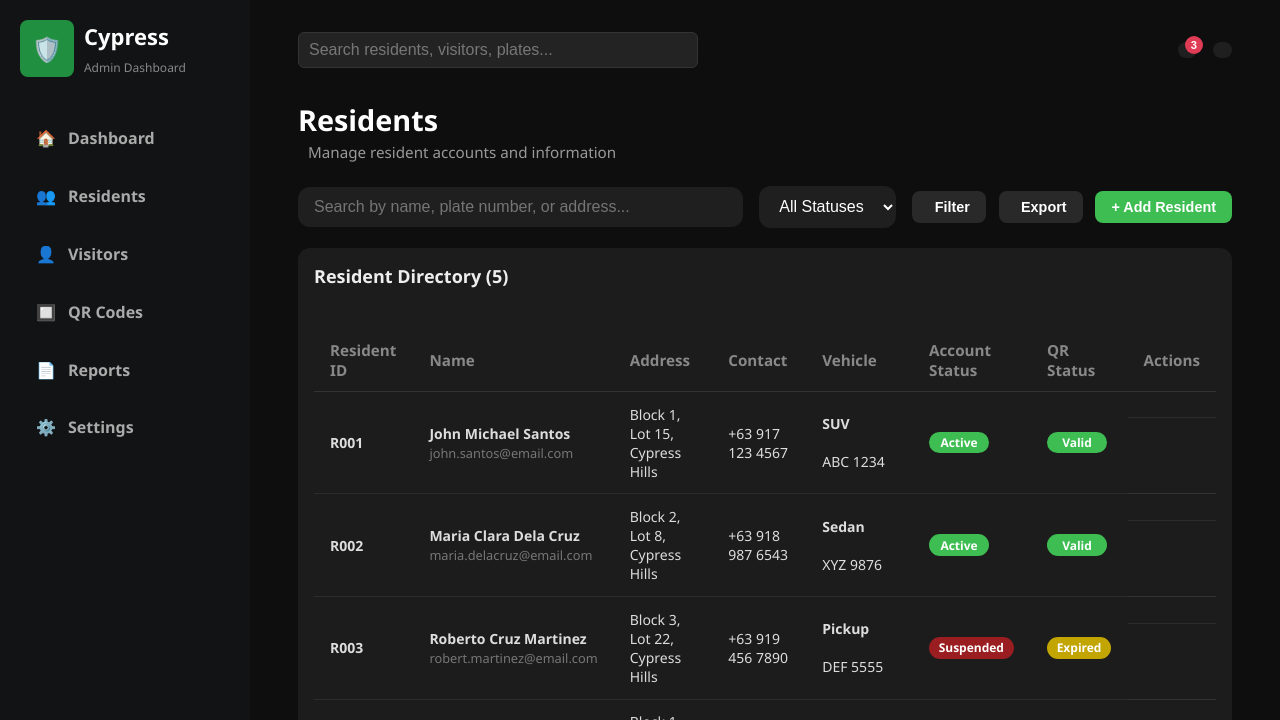
Repository: camuramon/my-project
Page: templates/admin/residents.html
These files come from the project's save history. The page is drawn as it stood at one moment and after the next save; the edit follows.
The browser window is 1280 px wide. The pictures show the whole page.
An inner scrolling area shows only its first screen. The template is drawn by Flask 3. The application's start-up code is not run. Other server files are loaded and not shown. The template is opened directly, without the code that normally fills it, so the values that code supplies are empty.

Above is the page before, as saved 2025-08-31 05:27:19.

### templates/admin/residents.html
<!DOCTYPE html>
<html lang="en">
<head>
    <meta charset="UTF-8" />
    <meta name="viewport" content="width=device-width, initial-scale=1" />
    <title>Residents Dashboard</title>
   <link rel="stylesheet" href="{{ url_for('static', filename='css/admin.css') }}">
<link rel="stylesheet" href="{{ url_for('static', filename='css/resident.css') }}">
</head>
<body>
    <div class="container">
        <aside class="sidebar">
    <div class="logo">
        <div class="icon">🛡️</div>
        <div class="title">
            <h2>Cypress</h2>
            <span>Admin Dashboard</span>
        </div>
    </div>
    <nav>
        <ul class="sidebar-menu">
            <li class="{% if request.path == url_for('admin_dashboard') %}active{% endif %}">
                <a href="{{ url_for('admin_dashboard') }}"><span class="icon">🏠</span> Dashboard</a>
            </li>
            <li class="{% if request.path == url_for('admin_residents') %}active{% endif %}">
                <a href="{{ url_for('admin_residents') }}"><span class="icon">👥</span> Residents</a>
            </li>
            <li class="{% if request.path == url_for('admin_visitors') %}active{% endif %}">
                <a href="{{ url_for('admin_visitors') }}"><span class="icon">👤</span> Visitors</a>
            </li>
            <li>
                <a href="#"><span class="icon">🔲</span> QR Codes</a>
            </li>
            <li class="{% if request.path == url_for('admin_reports') %}active{% endif %}">
                <a href="{{ url_for('admin_reports') }}"><span class="icon">📄</span> Reports</a>
            </li>
            <li class="{% if request.path == url_for('admin_settings') %}active{% endif %}">
                <a href="{{ url_for('admin_settings') }}"><span class="icon">⚙️</span> Settings</a>
            </li>
        </ul>
    </nav>
</aside>

        <main class="main-content">
            <header class="header">
                <input type="search" placeholder="Search residents, visitors, plates..." class="search-bar" />
                <div class="header-icons">
                    <button class="notification-btn">
                        <i class="fas fa-bell"></i>
                        <span class="notification-count">3</span>
                    </button>
                    <button class="user-btn">
                        <i class="fas fa-user-circle"></i>
                    </button>
                </div>
            </header>

            <section class="resident-section">
                <h2>Residents</h2>
                <p class="subtitle">Manage resident accounts and information</p>

                <div class="sub-header">
                    <input type="search" placeholder="Search by name, plate number, or address..." />
                    <select>
                        <option>All Statuses</option>
                    </select>
                    <div class="buttons">
                        <button class="filter-btn">
                            <i class="fas fa-filter"></i> Filter
                        </button>
                        <button class="export-btn">
                            <i class="fas fa-file-export"></i> Export
                        </button>
                        <button class="add-resident-btn">+ Add Resident</button>
                    </div>
                </div>

                <div class="resident-directory">
                    <h3>Resident Directory (5)</h3>
                    <table>
                        <thead>
                            <tr>
                                <th>Resident ID</th>
                                <th>Name</th>
                                <th>Address</th>
                                <th>Contact</th>
                                <th>Vehicle</th>
                                <th>Account Status</th>
                                <th>QR Status</th>
                                <th>Actions</th>
                            </tr>
                        </thead>
                        <tbody>
                            <tr>
                                <td><strong>R001</strong></td>
                                <td>
                                    <strong>John Michael Santos</strong><br/>
                                    <a href="mailto:john.santos@email.com">john.santos@email.com</a>
                                </td>
                                <td>Block 1, Lot 15, Cypress Hills</td>
                                <td>+63 917 123 4567</td>
                                <td>
                                    <strong>SUV</strong><br/>
                                    ABC 1234
                                </td>
                                <td><span class="status active">Active</span></td>
                                <td><span class="qr-status valid">Valid</span></td>
                                <td class="actions">
                                    <button title="View"><i class="fas fa-eye"></i></button>
                                    <button title="Edit"><i class="fas fa-edit"></i></button>
                                    <button title="Delete"><i class="fas fa-trash"></i></button>
                                </td>
                            </tr>
                            <tr>
                                <td><strong>R002</strong></td>
                                <td>
                                    <strong>Maria Clara Dela Cruz</strong><br/>
                                    <a href="mailto:maria.delacruz@email.com">maria.delacruz@email.com</a>
                                </td>
                                <td>Block 2, Lot 8, Cypress Hills</td>
                                <td>+63 918 987 6543</td>
                                <td>
                                    <strong>Sedan</strong><br/>
                                    XYZ 9876
                                </td>
                                <td><span class="status active">Active</span></td>
                                <td><span class="qr-status valid">Valid</span></td>
                                <td class="actions">
                                    <button title="View"><i class="fas fa-eye"></i></button>
                                    <button title="Edit"><i class="fas fa-edit"></i></button>
                                    <button title="Delete"><i class="fas fa-trash"></i></button>
                                </td>
                            </tr>
                            <tr>
                                <td><strong>R003</strong></td>
                                <td>
                                    <strong>Roberto Cruz Martinez</strong><br/>
                                    <a href="mailto:robert.martinez@email.com">robert.martinez@email.com</a>
                                </td>
                                <td>Block 3, Lot 22, Cypress Hills</td>
                                <td>+63 919 456 7890</td>
                                <td>
                                    <strong>Pickup</strong><br/>
                                    DEF 5555
                                </td>
                                <td><span class="status suspended">Suspended</span></td>
                                <td><span class="qr-status expired">Expired</span></td>
                                <td class="actions">
                                    <button title="View"><i class="fas fa-eye"></i></button>
                                    <button title="Edit"><i class="fas fa-edit"></i></button>
                                    <button title="Delete"><i class="fas fa-trash"></i></button>
                                </td>
                            </tr>
                            <tr>
                                <td><strong>R004</strong></td>
                                <td>
                                    <strong>Ana Beatriz Reyes</strong><br/>
                                    <a href="mailto:ana.reyes@email.com">ana.reyes@email.com</a>
                                </td>
                                <td>Block 1, Lot 7, Cypress Hills</td>
                                <td>+63 920 789 0123</td>
                                <td>
                                    <strong>Hatchback</strong><br/>
                                    GHI 7777
                                </td>
                                <td><span class="status active">Active</span></td>
                                <td><span class="qr-status valid">Valid</span></td>
                                <td class="actions">
                                    <button title="View"><i class="fas fa-eye"></i></button>
                                    <button title="Edit"><i class="fas fa-edit"></i></button>
                                    <button title="Delete"><i class="fas fa-trash"></i></button>
                                </td>
                            </tr>
                            <tr>
                                <td><strong>R005</strong></td>
                                <td>
                                    <strong>Carlos Eduardo Silva</strong><br/>
                                    <a href="mailto:carlos.silva@email.com">carlos.silva@email.com</a>
                                </td>
                                <td>Block 4, Lot 11, Cypress Hills</td>
                                <td>+63 921 345 6789</td>
                                <td>
                                    <strong>SUV</strong><br/>
                                    JKL 2468
                                </td>
                                <td><span class="status inactive">Inactive</span></td>
                                <td><span class="qr-status expired">Expired</span></td>
                                <td class="actions">
                                    <button title="View"><i class="fas fa-eye"></i></button>
                                    <button title="Edit"><i class="fas fa-edit"></i></button>
                                    <button title="Delete"><i class="fas fa-trash"></i></button>
                                </td>
                            </tr>
                        </tbody>
                    </table>
                </div>
            </section>
        </main>
    </div>
</body>
</html>

### static/css/admin.css
/* ===========================
   GENERAL RESET & BASE STYLES
=========================== */


* {
    box-sizing: border-box;
    margin: 0;
    padding: 0;
}

body {
    font-family: 'Segoe UI', Tahoma, Geneva, Verdana, sans-serif;
    background-color: #0e0e0f;
    color: #ddd;
    display: flex;
    min-height: 100vh;
}
html, body {
    height: 100%;
    width: 100%;
    margin: 0;
    padding: 0;
    overflow-x: hidden;
}

.container {
    display: flex;
    width: 100%;
    height: 100vh;
}


/* ===========================
   SIDEBAR
=========================== */
.sidebar {
    width: 250px;
    height: 100vh;
    background-color: #121314;
    padding: 20px;
    flex-shrink: 0;
}


.logo {
    display: flex;
    align-items: center;
    margin-bottom: 40px;
}

.logo .icon {
    background-color: #208f3f;
    padding: 12px;
    border-radius: 8px;
    font-size: 24px;
    color: white;
    margin-right: 10px;
}

.logo .title h2 {
    font-weight: 700;
    color: white;
    margin-bottom: 4px;
}

.logo .title span {
    font-size: 12px;
    color: #888;
}

.sidebar-menu {
    list-style: none;
    padding: 0;
}

.sidebar-menu li {
    margin: 15px 0;
}

.sidebar-menu li a {
    text-decoration: none;
    color: #bbb;
    font-weight: 600;
    display: flex;
    align-items: center;
    gap: 10px;
    font-size: 16px;
}

.sidebar-menu li a i {
    font-size: 18px;
}

.sidebar-menu li a {
    text-decoration: none;
    color: #bbb;
    font-weight: 600;
    display: flex;
    align-items: center;
    gap: 10px;
    font-size: 16px;
    padding: 10px 15px;
    border-radius: 8px;
    transition: background-color 0.3s ease, color 0.3s ease;
}

.sidebar-menu li.active a {
    background-color: #2a2a2e; /* darker bg for active item */
    color: white;
}

.sidebar-menu li.active a .icon {
    color: white;
}

.sidebar-menu li a:hover {
    background-color: #1d1d1f;
    color: white;
}


/* ===========================
   MAIN CONTENT
=========================== */
.main-content {
    flex-grow: 1;
    overflow-y: auto;
    padding: 25px;
    background-color: #0e0e0f;
}
/* ===========================
   HEADER / TOP BAR
=========================== */
.top-bar, .header {
    display: flex;
    justify-content: space-between;
    align-items: center;
    margin-bottom: 20px;
}

.search-bar input[type="search"] {
    width: 350px;
    padding: 10px 15px;
    border: none;
    border-radius: 10px;
    background-color: #232324;
    color: #ccc;
    font-size: 16px;
}

.top-icons, .header-icons {
    display: flex;
    gap: 15px;
}

.icon-btn, .notification-btn, .user-btn {
    background: none;
    border: none;
    color: #ccc;
    font-size: 20px;
    position: relative;
    cursor: pointer;
}

.notification-count {
    position: absolute;
    top: -8px;
    right: -8px;
    background-color: #e02e41;
    font-size: 10px;
    padding: 2px 6px;
    border-radius: 50%;
    color: white;
}

/* ===========================
   DASHBOARD HEADER & ACTIONS
=========================== */
.dashboard-header, .resident-section .sub-header {
    display: flex;
    justify-content: space-between;
    align-items: center;
    margin: 20px 0;
    flex-wrap: wrap;
}

.dashboard-header h1, .resident-section h2 {
    color: white;
}

.dashboard-header p, .resident-section .subtitle {
    color: #999;
    margin-left: 10px;
}

.actions, .buttons {
    display: flex;
    gap: 10px;
}

.filter-btn,
.export-btn,
.add-resident-btn {
    background-color: #222;
    border: none;
    color: white;
    padding: 10px 20px;
    border-radius: 8px;
    cursor: pointer;
    font-weight: 600;
}

.add-resident-btn {
    background-color: #208f3f;
}

.filter-btn:hover,
.export-btn:hover,
.add-resident-btn:hover {
    background-color: #333;
}

/* ===========================
   DASHBOARD CARDS
=========================== */
.stats-cards {
    display: flex;
    gap: 20px;
    flex-wrap: wrap;
    margin-bottom: 40px;
}

.card {
    background-color: #151517;
    border-radius: 12px;
    flex: 1 1 300px;
    padding: 20px;
    position: relative;
    color: #999;
}

.card p { margin-bottom: 8px; }

.card h2 { color: white; font-weight: 800; font-size: 28px; }

.card-icon {
    position: absolute;
    top: 20px;
    right: 20px;
    font-size: 24px;
    padding: 8px;
    border-radius: 100%;
    background-color: #333;
    color: white;
}

.card-icon.green { background-color: #208f3f; }
.card-icon.blue { background-color: #26418f; }
.card-icon.yellow { background-color: #a58f20; }
.card-icon.green-dark { background-color: #14502d; }
.card-icon.gray { background-color: #474751; }

.percentage {
    position: absolute;
    bottom: 20px;
    right: 20px;
    font-weight: 600;
    font-size: 14px;
}

.percentage.positive { color: #26ca4a; }
.percentage.neutral { color: #999; }

/* ===========================
   TABLES
=========================== */
.tables-section, .resident-directory {
    display: flex;
    gap: 20px;
    flex-wrap: wrap;
}

.table-container {
    background-color: #151517;
    padding: 20px;
    border-radius: 12px;
    flex: 1 1 500px;
    color: #bbb;
}

.table-container h3 {
    display: flex;
    justify-content: space-between;
    margin-bottom: 15px;
    color: white;
}

.view-all {
    color: #6668f8;
    font-weight: 600;
    text-decoration: none;
    font-size: 14px;
}

.view-all:hover { text-decoration: underline; }

table {
    width: 100%;
    border-collapse: collapse;
}

th, td {
    padding: 12px 10px;
    text-align: left;
    font-size: 14px;
}

thead tr { border-bottom: 1px solid #333; }
tbody tr:not(:last-child) { border-bottom: 1px solid #333; }
tbody tr:hover { background-color: #252527; }

/* ===========================
   STATUS BADGES
=========================== */
.status {
    padding: 5px 10px;
    border-radius: 20px;
    font-size: 12px;
    font-weight: 700;
    display: inline-block;
}

.status.active { background-color: #208f3f; color: white; }
.status.expired { background-color: #a5891e; color: white; }
.status.suspended { background-color: #7e1e1e; color: white; }
.status.inactive { background-color: #ff4d4f; color: white; }

.qr-status.valid { background-color: #208f3f; color: white; }
.qr-status.expired { background-color: #a5891e; color: white; }

/* ===========================
   BUTTONS, INPUTS, SELECT
=========================== */
button { cursor: pointer; border: none; border-radius: 6px; font-weight: 600; }

select, input[type="search"] {
    background-color: #232324;
    color: #ccc;
    border: 1px solid #333;
    padding: 8px 10px;
    border-radius: 6px;
}

/* ===========================
   HEADINGS & TEXT
=========================== */
h2 { font-size: 22px; margin-bottom: 5px; }
h3 { font-size: 18px; margin-bottom: 10px; }
.subtitle { color: #aaa; margin-bottom: 15px; }

strong { font-weight: 700; }

### static/css/resident.css
/* General Reset and Base */
* {
    box-sizing: border-box;
    margin: 0;
    padding: 0;
}

body {
    font-family: 'Segoe UI', Tahoma, Geneva, Verdana, sans-serif;
    background-color: #0e0e0f;
    color: #ddd;
    display: flex;
    min-height: 100vh;
}

.container {
    display: flex;
    width: 100%;
    height: 100vh;
    overflow: hidden;
}

.sidebar-menu {
    list-style: none;
    padding: 0;
    margin: 0;
}

.sidebar-menu li {
    margin-bottom: 0.5rem;
}

.sidebar-menu li a {
    display: flex;
    align-items: center;
    gap: 0.75rem;
    text-decoration: none;
    padding: 0.65rem 1rem;
    border-radius: 8px;
    color: #aaa;
    font-weight: 600;
    transition: background 0.3s, color 0.3s;
}

.sidebar-menu li a i {
    font-size: 1.2rem;
}

.sidebar-menu li.active a,
.sidebar-menu li a:hover {
    background-color: #292929;
    color: white;
}


/* Main Content */
.main-content {
    flex: 1;
    display: flex;
    flex-direction: column;
    padding: 2rem 3rem;
    overflow-y: auto;
}

/* Header */
.header {
    display: flex;
    justify-content: space-between;
    align-items: center;
    margin-bottom: 2rem;
}

.search-bar {
    width: 400px;
    padding: 0.6rem 1rem;
    border-radius: 8px;
    border: none;
    font-size: 1rem;
    background-color: #1f1f1f;
    color: white;
}

.search-bar::placeholder {
    color: #777;
}

.header-icons {
    display: flex;
    gap: 1rem;
    align-items: center;
}

.notification-btn,
.user-btn {
    position: relative;
    background-color: #1f1f1f;
    border: none;
    padding: 0.5rem 0.6rem;
    border-radius: 8px;
    color: white;
    cursor: pointer;
    font-size: 1.2rem;
}

.notification-count {
    position: absolute;
    top: -6px;
    right: -6px;
    font-size: 0.7rem;
    background: #e03c56;
    color: white;
    width: 18px;
    height: 18px;
    border-radius: 50%;
    display: flex;
    justify-content: center;
    align-items: center;
}

/* Resident Section */
.resident-section h2 {
    font-weight: 700;
    font-size: 1.8rem;
    margin-bottom: 0.2rem;
}

.subtitle {
    font-size: 0.95rem;
    color: #888;
    margin-bottom: 1.5rem;
}

.sub-header {
    display: flex;
    gap: 1rem;
    align-items: center;
    margin-bottom: 1.5rem;
    flex-wrap: wrap;
}

.sub-header input[type="search"] {
    flex: 1;
    padding: 0.7rem 1rem;
    background-color: #1f1f1f;
    border: none;
    border-radius: 12px;
    color: white;
    font-size: 1rem;
}

.sub-header select {
    background-color: #1f1f1f;
    border: none;
    padding: 0.7rem 1rem;
    color: white;
    border-radius: 12px;
    font-size: 1rem;
    cursor: pointer;
}

.buttons {
    display: flex;
    gap: 0.8rem;
}

.filter-btn,
.export-btn,
.add-resident-btn {
    border: none;
    cursor: pointer;
    font-weight: 600;
    display: flex;
    align-items: center;
    gap: 0.4rem;
    padding: 0.5rem 1rem;
    border-radius: 8px;
    font-size: 0.9rem;
}

.filter-btn {
    background-color: #292929;
    color: white;
}

.export-btn {
    background-color: #292929;
    color: white;
}

.add-resident-btn {
    background-color: #3ebd52;
    color: white;
}

/* Resident Directory */
.resident-directory {
    background-color: #1c1c1c;
    padding: 1rem;
    border-radius: 12px;
    overflow-x: auto;
}

.resident-directory h3 {
    font-weight: 600;
    margin-bottom: 1rem;
    color: #eee;
}

table {
    width: 100%;
    border-collapse: collapse;
    color: #ddd;
    font-size: 0.9rem;
}

thead th {
    text-align: left;
    padding: 1rem 1rem 0.7rem;
    font-weight: 600;
    font-size: 0.95rem;
    border-bottom: 1px solid #333;
    color: #888;
}

tbody td {
    padding: 0.8rem 1rem;
    border-bottom: 1px solid #2c2c2c;
    vertical-align: middle;
}

tbody td a {
    color: #777;
    font-size: 0.8rem;
    text-decoration: none;
}

tbody tr:hover {
    background-color: #292929;
}

.status,
.qr-status {
    display: inline-block;
    padding: 0.15rem 0.6rem;
    border-radius: 12px;
    font-weight: 600;
    font-size: 0.75rem;
    color: white;
    min-width: 60px;
    text-align: center;
}

/* Status Colors */
.status.active,
.qr-status.valid {
    background-color: #3ebd52;
}

.status.inactive,
.qr-status.expired {
    background-color: #c2a500;
}

.status.suspended {
    background-color: #9a1e21;
}

/* Actions */
.actions button {
    background: transparent;
    border: none;
    color: #aaa;
    cursor: pointer;
    font-size: 1.1rem;
    margin-right: 0.5rem;
}

.actions button:hover {
    color: white;
}

/* Vehicle Column Bold for vehicle type */
tbody td:nth-child(5) strong {
    display: block;
    font-weight: 700;
}

After the next save:
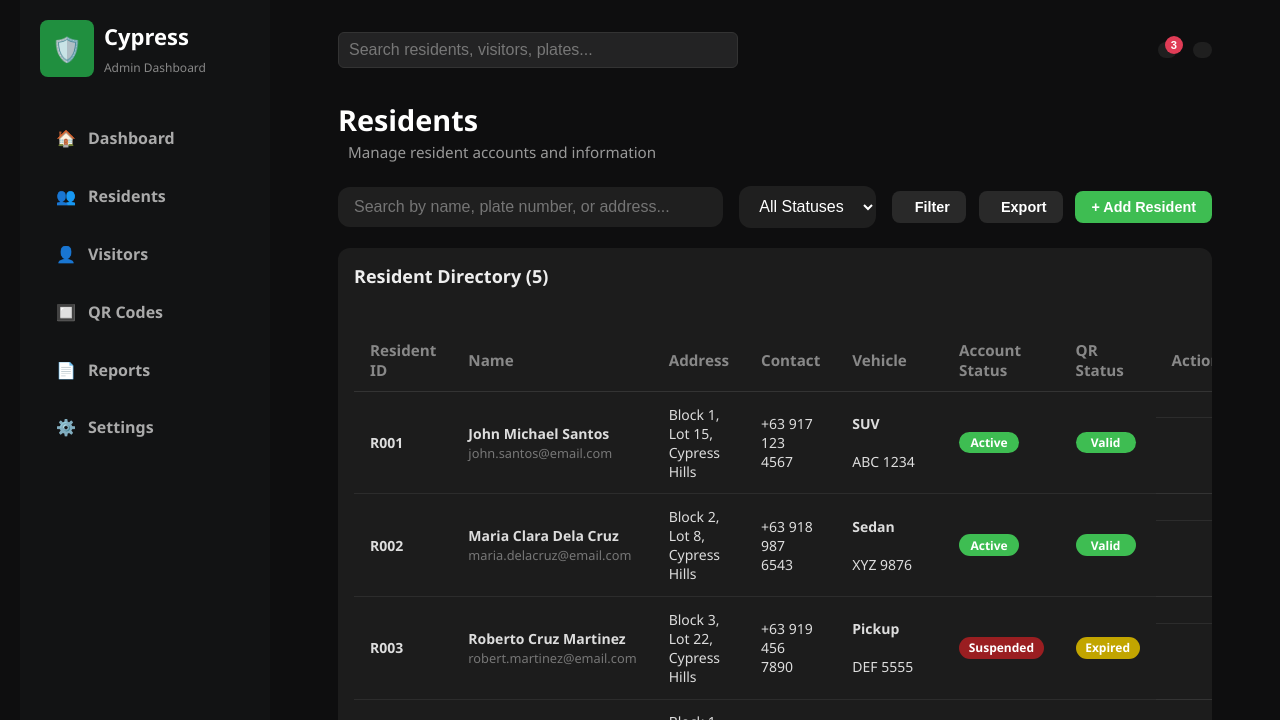
Saved 58 s later.
--- a/static/css/resident.css
+++ b/static/css/resident.css
@@ -17,7 +17,9 @@ body {
     display: flex;
     width: 100%;
     height: 100vh;
-    overflow: hidden;
+    padding: 0 20px; /* gap on both sides */
+    box-sizing: border-box;
+    gap: 20px; /* spacing between sidebar and main content */
 }
 
 .sidebar-menu {
